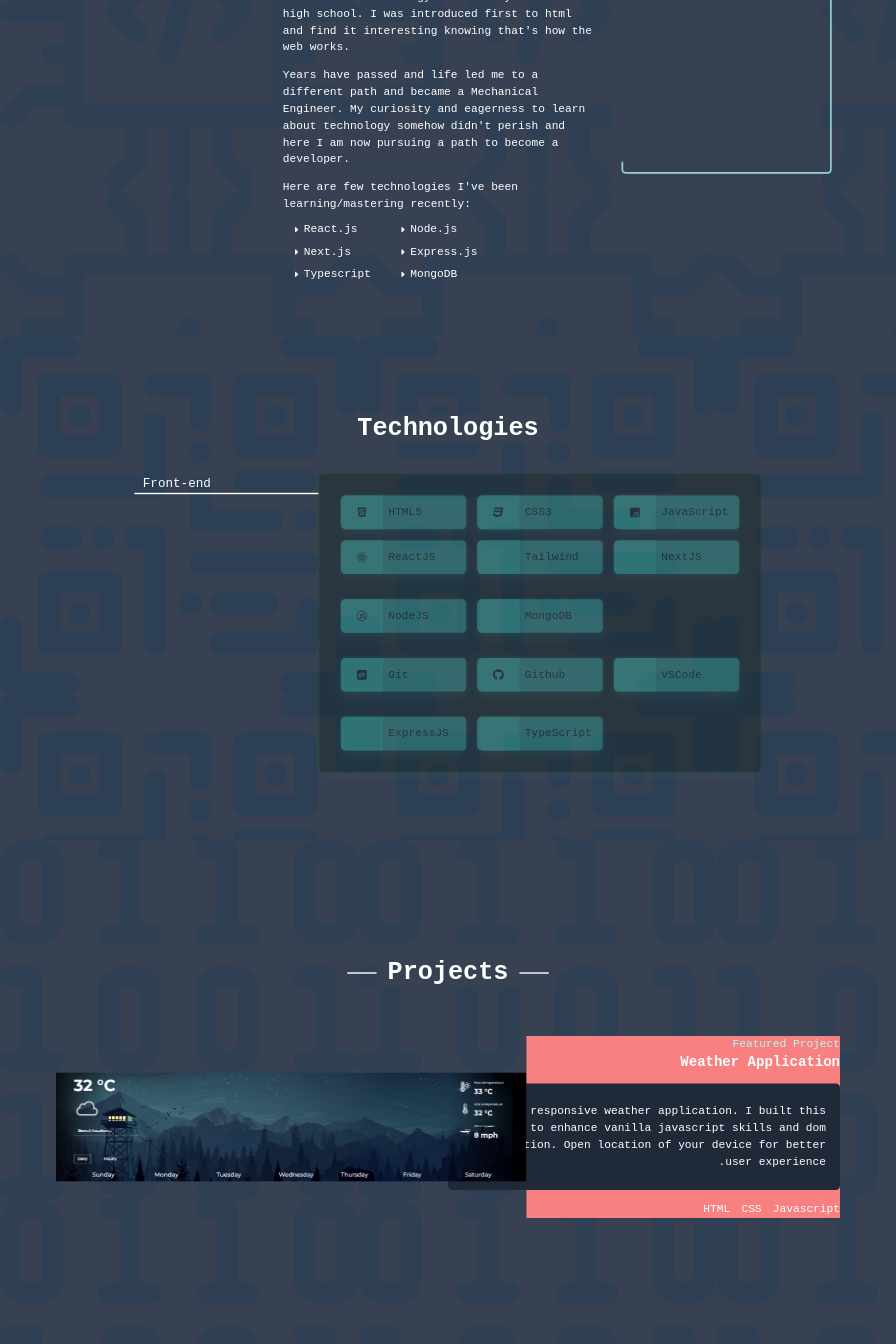
Repository: riandev25/nextjs-portfolio
Page: /
An editor plug-in stored every save of this project. The page is shown before and after the next save, followed by the edit.
The browser window is 1280 px wide. The pictures show the part of the page from y = 960 to 2880 px (the page is 2880 px tall), at 70% of full size.
Backgrounds fixed to the window are drawn as part of the page. The project was rebuilt for these pictures with package versions that can differ from the ones it lists, and the page was loaded fresh each time. The framework's server and built-in components were replaced by stand-ins that run in the browser. Also part of the build but not shown: next.config.js, components/Home/Keyboard/index.module.css, components/Home/Keyboard/index.jsx.

Above is the page before, as saved 2022-11-12 20:52:55.

After the next save:
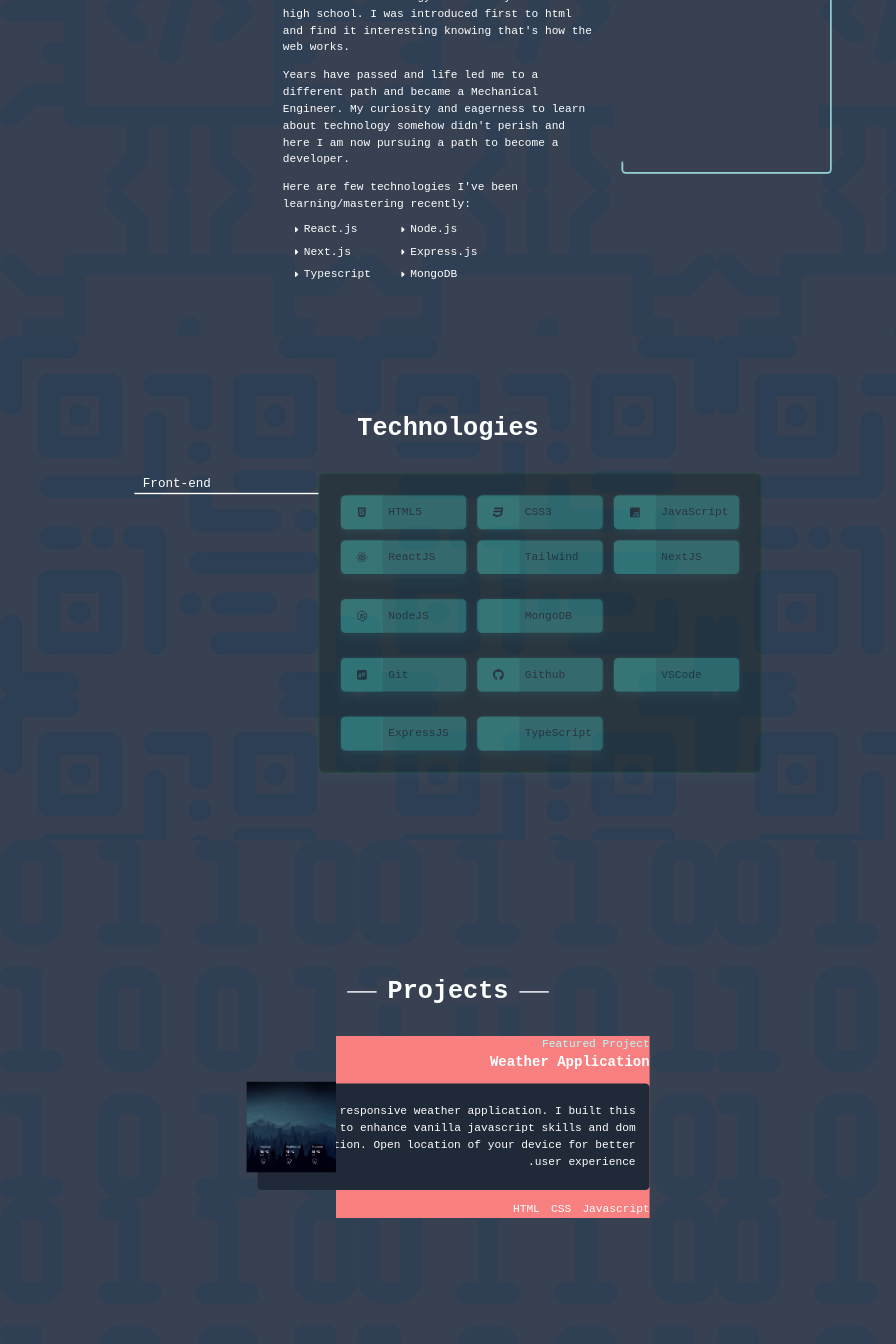
Saved 38 s later.
--- a/components/Projects/index.jsx
+++ b/components/Projects/index.jsx
@@ -25,7 +25,7 @@ const Projects = () => {
   return (
     <div className='pt-4 flex flex-col w-full h-screen gap-11 justify-center items-center text-white px-20 bg-bg_binary_image bg-fixed'>
       <PageHeader title='Projects' />
-      <div className='flex flex-row justify-center items-center'>
+      <div className='flex flex-row justify-center items-center max-w-xl'>
         <section className='relative w-3/5 h-2/4 flex-1 flex'>
           <Image
             src={WeatherImage}
